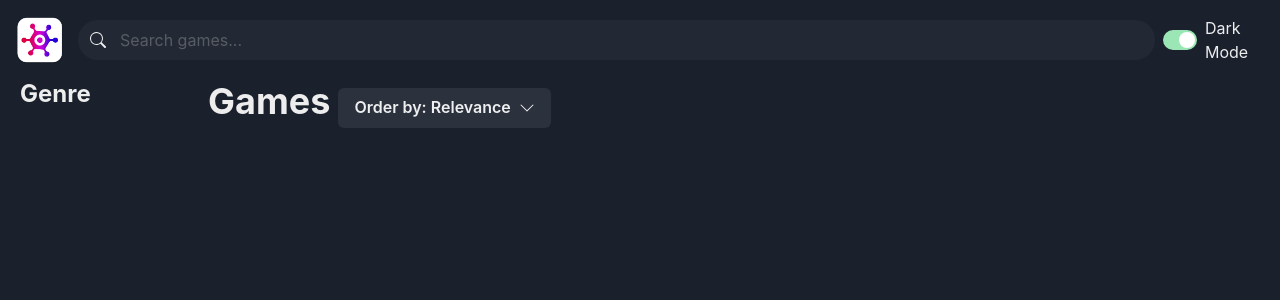
Repository: heyCaroline/game-hub
Page: /
An editor plug-in stored every save of this project. The page is shown before and after the next save, followed by the edit.
The browser window is 1280 px wide. The pictures show the whole page.
The page's requests for data from a server got no answer. The project was rebuilt for these pictures with package versions that can differ from the ones it lists, and the page was loaded fresh each time. No one was signed in, and anything a server would have sent is missing. Also part of the build but not shown: vite.config.ts, src/components/PlatformIconList.tsx, src/components/CriticScore.tsx, src/components/GameCard.tsx.

Above is the page before, as saved 2025-05-23 17:35:58.

After the next save:
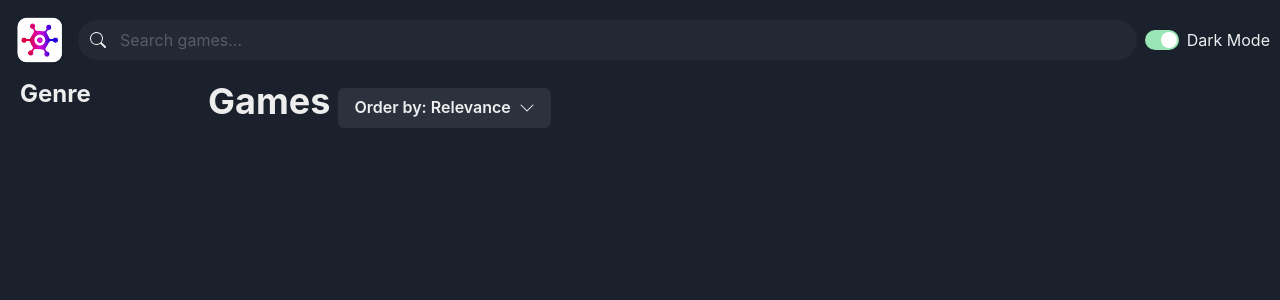
Saved 39 s later.
--- a/src/components/ColorModeSwitch.tsx
+++ b/src/components/ColorModeSwitch.tsx
@@ -9,7 +9,7 @@ const ColorModeSwitch = () => {
         isChecked={colorMode === "dark"}
         onChange={toggleColorMode}
       />
-      <Text>Dark Mode</Text>
+      <Text whiteSpace="nowrap">Dark Mode</Text>
     </HStack>
   );
 };
